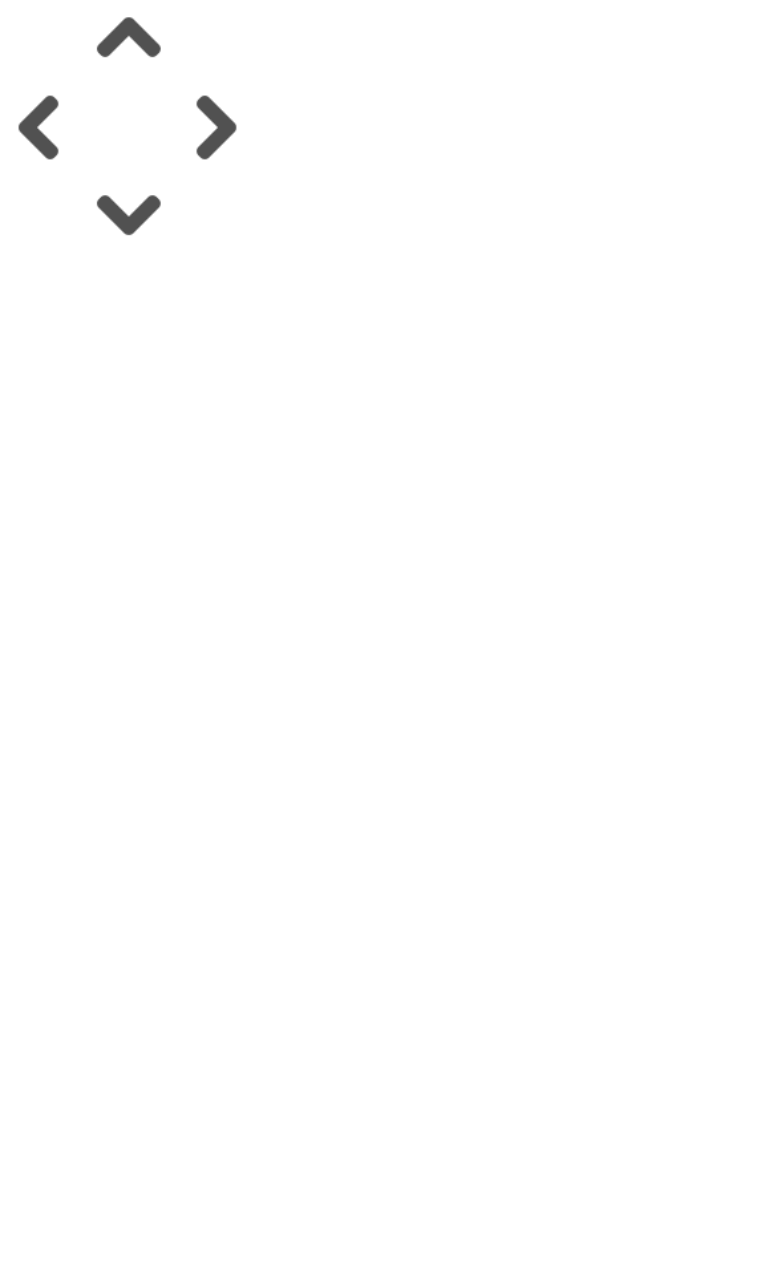
Repository: cjsatuforc/Bobina
Layout: source/android/Bobina/res/layout/control.xml
An editor plug-in stored every save of this project. The layout is shown before and after the next save, followed by the edit.
It is drawn on a 768 x 1280 px phone screen (xhdpi) without system bars, with theme AppTheme; the app's code is not run.

Above is the layout before, as saved 2015-04-26 00:29:03.

### source/android/Bobina/res/layout/control.xml
<?xml version="1.0" encoding="utf-8"?>
<RelativeLayout xmlns:android="http://schemas.android.com/apk/res/android"
    android:layout_width="match_parent"
    android:layout_height="match_parent"
    style="@style/Base.Theme.AppCompat"
    android:orientation="vertical" >

    <ImageButton
        android:id="@+id/imageButton1"
        android:layout_width="wrap_content"
        android:layout_height="wrap_content"
        android:layout_alignParentTop="true"
        android:layout_toRightOf="@+id/imageButton3"
        android:src="@drawable/up" />

    <ImageButton
        android:id="@+id/imageButton2"
        android:layout_width="wrap_content"
        android:layout_height="wrap_content"
        android:layout_alignLeft="@+id/imageButton1"
        android:layout_below="@+id/imageButton3"
        android:src="@drawable/back" />

    <ImageButton
        android:id="@+id/imageButton3"
        android:layout_width="wrap_content"
        android:layout_height="wrap_content"
        android:layout_alignParentLeft="true"
        android:layout_below="@+id/imageButton1"
        android:src="@drawable/left" />

    <ImageButton
        android:id="@+id/imageButton4"
        android:layout_width="wrap_content"
        android:layout_height="wrap_content"
        android:layout_above="@+id/imageButton2"
        android:layout_toRightOf="@+id/imageButton2"
        android:src="@drawable/right" />

</RelativeLayout>

### source/android/Bobina/res/values/styles.xml
<resources xmlns:android="http://schemas.android.com/apk/res/android">

    <!--
        Base application theme for API 11+. This theme completely replaces
        AppBaseTheme from res/values/styles.xml on API 11+ devices.
    -->
    <style name="AppBaseTheme" parent="Base.Theme.AppCompat.Light">


    </style>
    <style name="AppTheme"></style>

    <!-- Titles of project -->
    <style name="AppTitle" parent="AppBaseTheme">
        <item name="android:textSize">32sp</item>
        <item name="android:gravity">center</item>
    </style>

</resources>

After the next save:
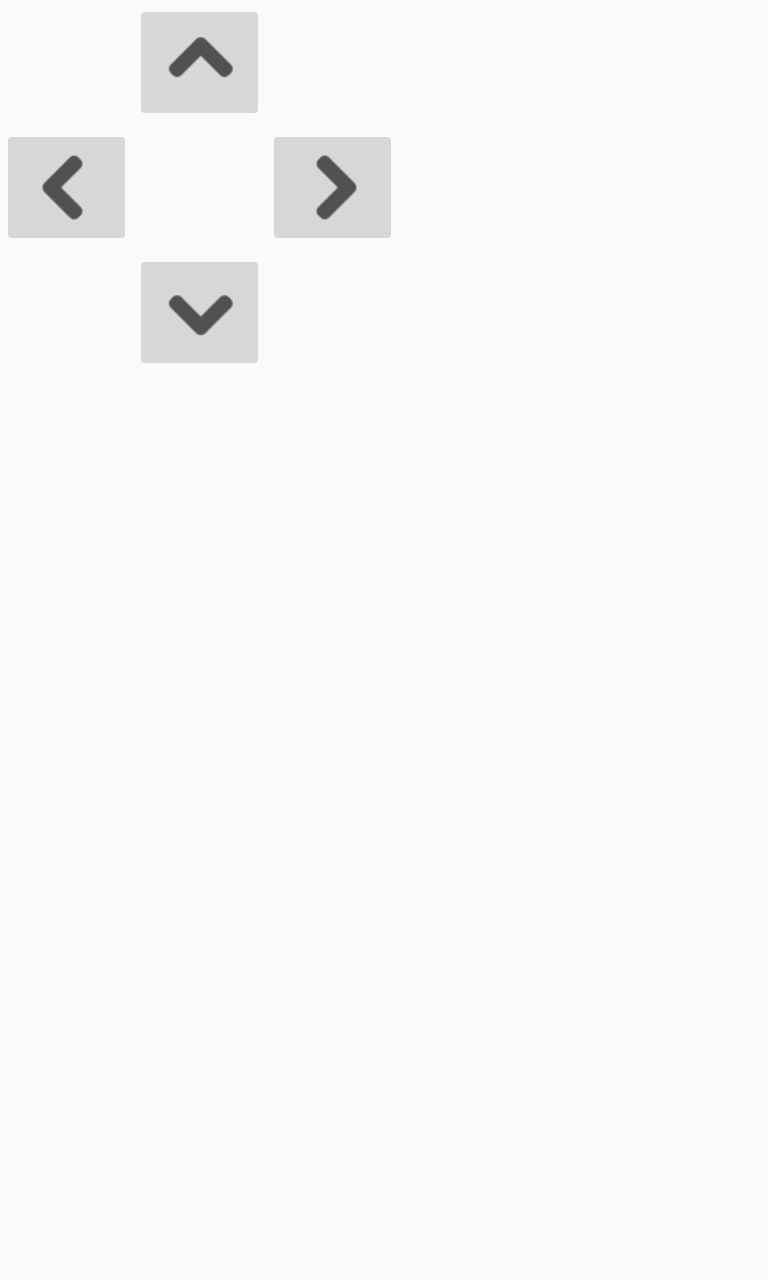
Saved 7 s later.
--- a/source/android/Bobina/res/values/styles.xml
+++ b/source/android/Bobina/res/values/styles.xml
@@ -8,7 +8,7 @@
 
 
     </style>
-    <style name="AppTheme"></style>
+    <style name="AppTheme" parent="AppBaseTheme"></style>
 
     <!-- Titles of project -->
     <style name="AppTitle" parent="AppBaseTheme">
